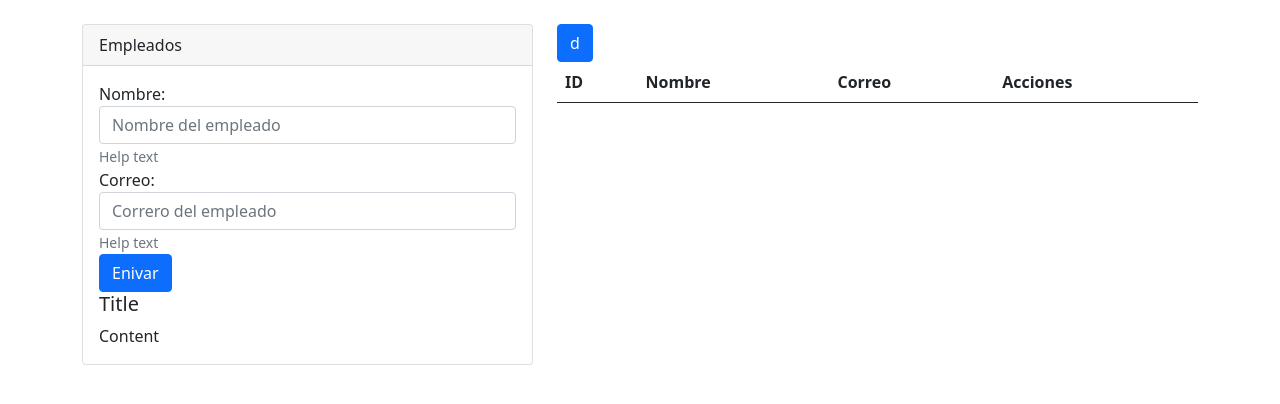
Repository: LionardoGomiz/CRUD-JS-VAINILLA
Page: index.html
These files come from the project's save history. The page is drawn as it stood at one moment and after the next save; the edit follows.
The browser window is 1280 px wide. The pictures show the whole page.
The page's requests for data from a server got no answer.

Above is the page before, as saved 2021-08-12 15:42:24.

After the next save:
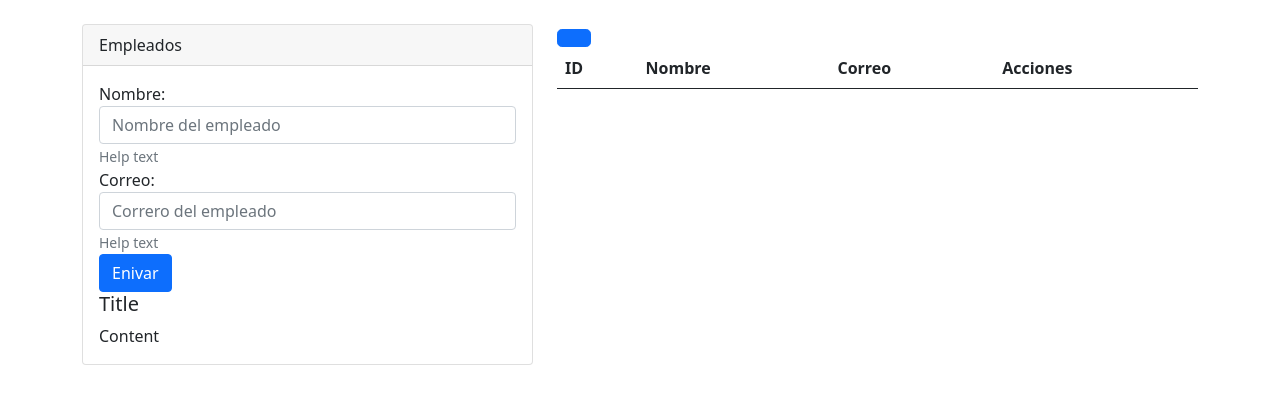
Saved 81 s later.
--- a/index.html
+++ b/index.html
@@ -54,12 +54,8 @@
                     </thead>
                     <tbody id="empleados">
                     <div class="btn-group" role="group">
-
+                        <button type="button" class="btn btn-primary btn-lg"></button>
                     </div>
-
-
-                            <a name="" id="" class="btn btn-primary" href="#" role="button">d</a></td>
-
                     </tbody>
                 </table>
             </div>
